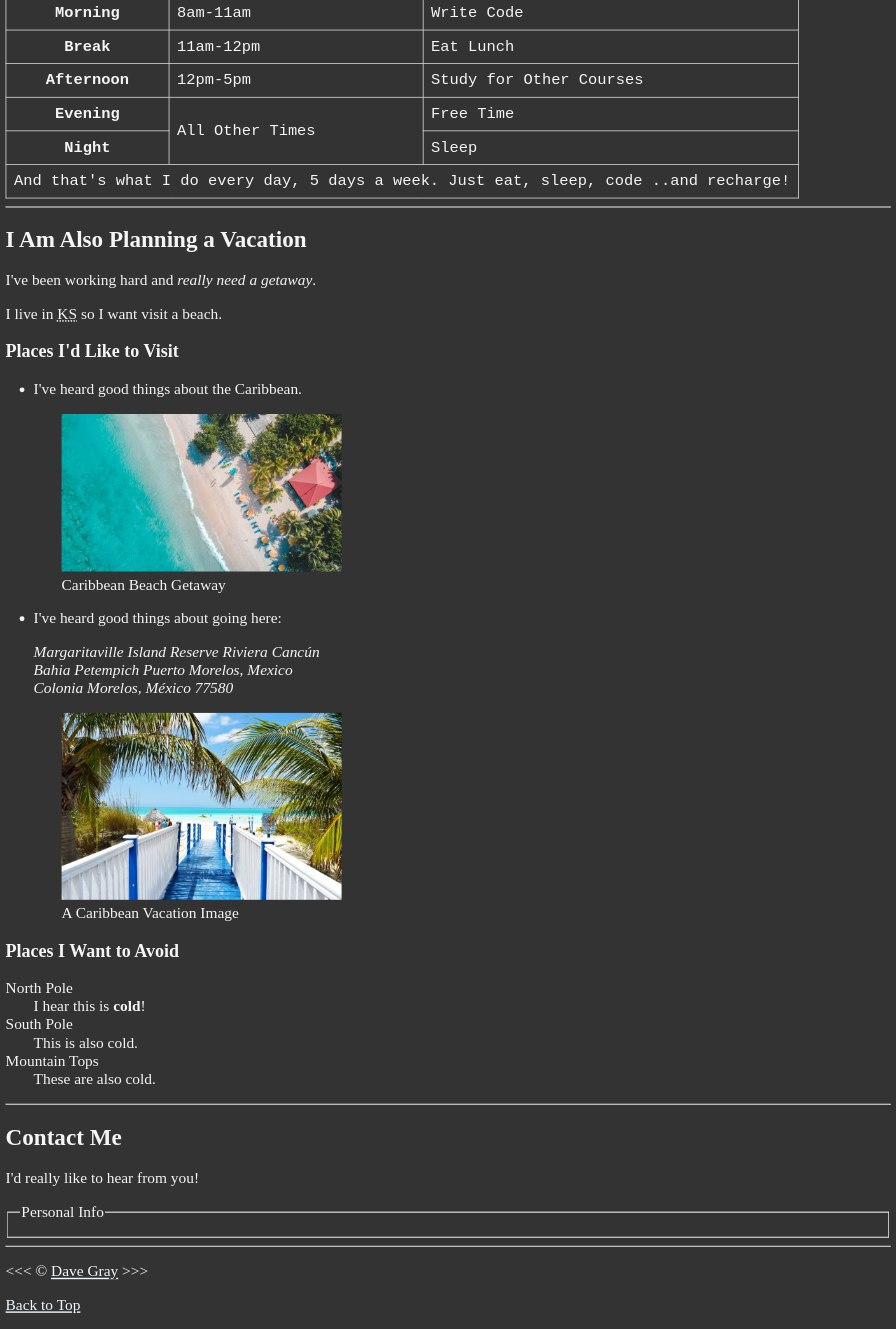
Repository: JavaProgrammerFromEastEurope/project-html-full-tutorial
Page: 09_lesson/index.html
The author's editor kept a copy of each file at every save. The page is drawn from the files as they stood at one save, then again after a run of saves.
The browser window is 1280 px wide. The pictures show the part of the page from y = 1199 to 3119 px (the page is 3097 px tall before and 3119 px after), at 70% of full size.

Above is the page before, as saved 2023-04-07 04:36:13.

After the next 3 saves:
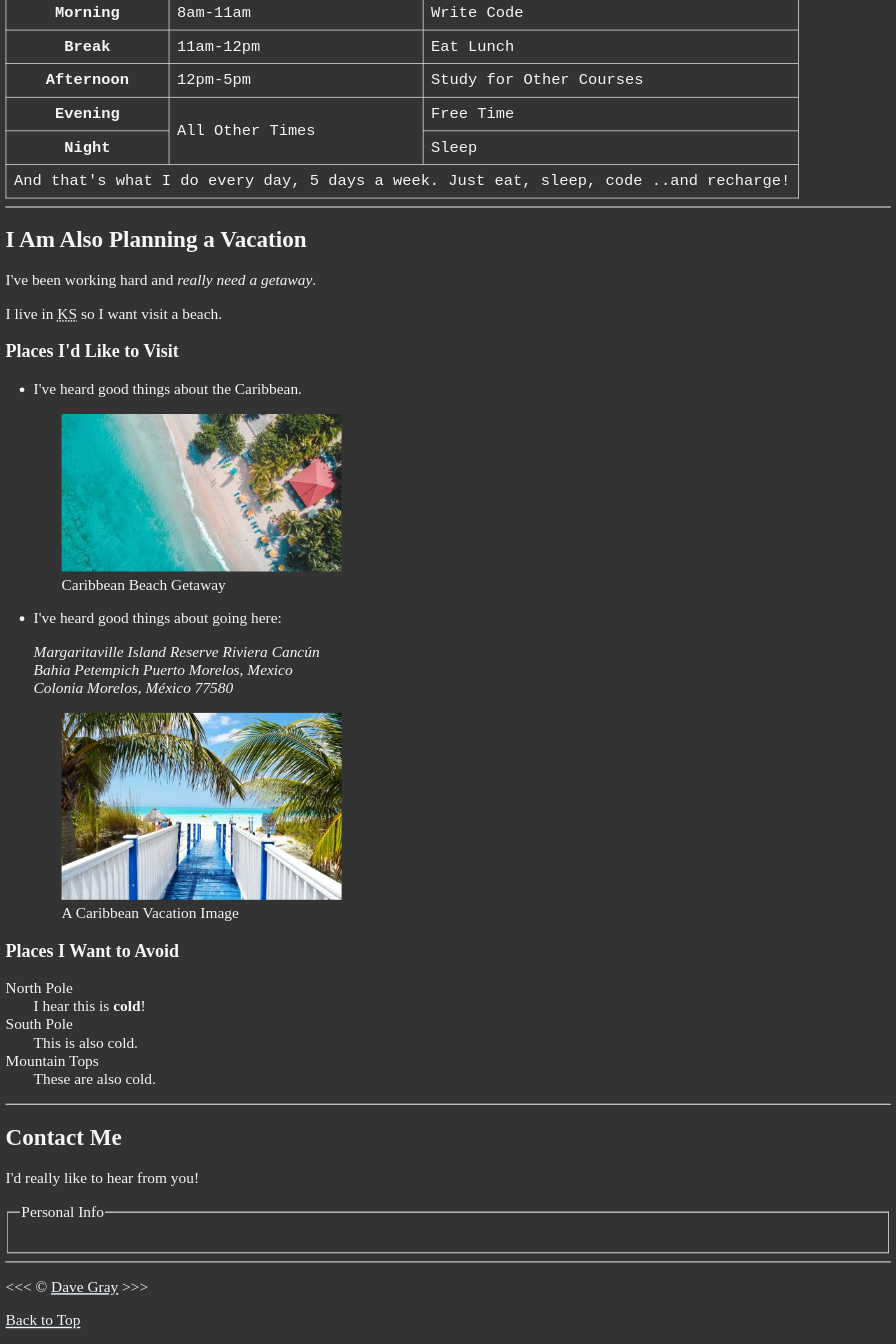
The 3 saves are shown as one change because they came seconds apart.
The last was saved 10 s later.
--- a/09_lesson/index.html
+++ b/09_lesson/index.html
@@ -204,6 +204,9 @@
 				<form action="https://httpbin.org/get" method="get">
 					<fieldset>
 						<legend>Personal Info</legend>
+						<p>
+							<label for=""></label>
+						</p>
 					</fieldset>
 				</form>
 			</article>
